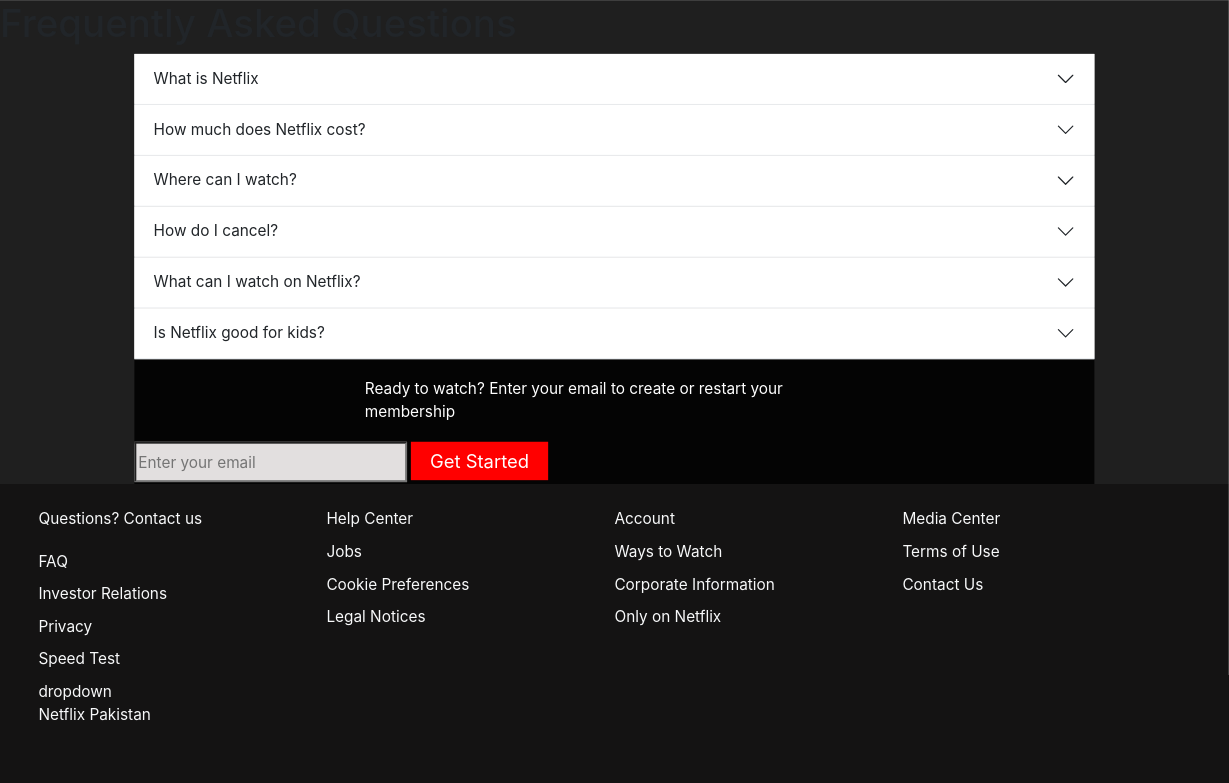
Repository: WajihaGul/Netflix-Clone
Page: /
These files come from the project's save history. The page is drawn as it stood at one moment and after the next save; the edit follows.
The browser window is 1280 px wide. The pictures show the part of the page from y = 621 to 1614 px (the page is 1437 px tall before and 1614 px after), at 96% of full size.
The project was rebuilt for these pictures with package versions that can differ from the ones it lists, and the page was loaded fresh each time. Also part of the build but not shown: src/App.css.

Above is the page before, as saved 2024-05-24 16:19:04.

### public/index.html
<!DOCTYPE html>
<html lang="en">
  <head>
    <meta charset="utf-8" />
    <link rel="icon" href="https://encrypted-tbn0.gstatic.com/images?q=tbn:ANd9GcSJd82jZdXs8Uj9CX3mJFuRF27MZB7q_34xAg&s" />
    <meta name="viewport" content="width=device-width, initial-scale=1" />
    <meta name="theme-color" content="#000000" />
    <meta
      name="description"
      content="Web site created using create-react-app"
    />
    <link rel="apple-touch-icon" href="%PUBLIC_URL%/logo192.png" />
    <!--
      manifest.json provides metadata used when your web app is installed on a
      user's mobile device or desktop. See https://developers.google.com/web/fundamentals/web-app-manifest/
    -->
    <link rel="manifest" href="%PUBLIC_URL%/manifest.json" />
    <!--
      Notice the use of %PUBLIC_URL% in the tags above.
      It will be replaced with the URL of the `public` folder during the build.
      Only files inside the `public` folder can be referenced from the HTML.

      Unlike "/favicon.ico" or "favicon.ico", "%PUBLIC_URL%/favicon.ico" will
      work correctly both with client-side routing and a non-root public URL.
      Learn how to configure a non-root public URL by running `npm run build`.
    -->
    <title>Netflix- Watch TV Shows Online, Watch Movies Online</title>
  </head>
  <body>
    <noscript>You need to enable JavaScript to run this app.</noscript>
    <div id="root"></div>
    <!--
      This HTML file is a template.
      If you open it directly in the browser, you will see an empty page.

      You can add webfonts, meta tags, or analytics to this file.
      The build step will place the bundled scripts into the <body> tag.

      To begin the development, run `npm start` or `yarn start`.
      To create a production bundle, use `npm run build` or `yarn build`.
    -->
  </body>
</html>

### src/index.js
import "bootstrap/dist/css/bootstrap.min.css";
import React from "react";
import ReactDOM from "react-dom/client";
import "./index.css";
import App from "./App";
import reportWebVitals from "./reportWebVitals";

const root = ReactDOM.createRoot(document.getElementById("root"));
root.render(
  <React.StrictMode>
    <App />
  </React.StrictMode>
);

// If you want to start measuring performance in your app, pass a function
// to log results (for example: reportWebVitals(console.log))
// or send to an analytics endpoint. Learn more: https://bit.ly/CRA-vitals
reportWebVitals();

### src/App.js
import "./App.css";
import Footer from "./Components/Footer/Footer";
import FAQs from "./Components/FAQs/FAQs";
import SignupHere from "./Components/SignupHere/SignupHere";

function App() {
  return (
    <>
      <SignupHere />
      <FAQs />
      <Footer />
    </>
  );
}

export default App;

### src/Components/Footer/Footer.jsx
import React from "react";
import styles from "./Footer.module.css";
const Footer = () => {
  return (
    <>
      <footer className={`bg-dark text-light py-4 ${styles.mainclass}`}>
        <div className={styles.container}>
          <div className="row">
            <div className={styles.FooterHere}>
              <div className="col-lg-12">
                <p>Questions? Contact us </p>
                <ul>
                  <li>FAQ</li>
                  <li>Investor Relations</li>
                  <li>Privacy</li>
                  <li>Speed Test</li>
                  dropdown
                  <li>Netflix Pakistan</li>
                </ul>
              </div>

              <div className="col-lg-12">
                <ul>
                  <li>Help Center</li>
                  <li>Jobs</li>
                  <li>Cookie Preferences</li>
                  <li>Legal Notices</li>
                </ul>
              </div>

              <div className="col-lg-12 ">
                <ul>
                  <li>Account</li>
                  <li>Ways to Watch</li>
                  <li>Corporate Information</li>
                  <li>Only on Netflix</li>
                </ul>
              </div>

              <div className="col-lg-12 ">
                <ul>
                  <li>Media Center</li>
                  <li>Terms of Use</li>
                  <li>Contact Us</li>
                </ul>
              </div>
            </div>
          </div>
        </div>
      </footer>
    </>
  );
};

export default Footer;

### src/Components/FAQs/FAQs.jsx
import "bootstrap/dist/js/bootstrap.bundle.min.js"; // Import Bootstrap JavaScript
import React from "react";
import styles from "./FAQs.module.css";
const FAQs = () => {
  return (
    <>
      <div className={styles.parentdiv}>
        <h1 className={styles.faqh1}>Frequently Asked Questions</h1>
        <div
          className={`accordion accordion-flush id="accordionFlushExample"  ${styles.container}`}
        >
          <div className="accordion-item">
            <h2 className="accordion-header">
              <button
                className="accordion-button collapsed"
                type="button"
                data-bs-toggle="collapse"
                data-bs-target="#flush-collapseOne"
                aria-expanded="false"
                aria-controls="flush-collapseOne"
              >
                What is Netflix
              </button>
            </h2>
            <div
              id="flush-collapseOne"
              className="accordion-collapse collapse"
              data-bs-parent="#accordionFlushExample"
            >
              <div className="accordion-body">
                Netflix is a streaming service that offers a wide variety of
                award-winning TV shows, movies, anime, documentaries, and more
                on thousands of internet-connected devices. You can watch as
                much as you want, whenever you want without a single commercial
                – all for one low monthly price. There's always something new to
                discover and new TV shows and movies are added every week!
              </div>
            </div>
          </div>
          <div className="accordion-item">
            <h2 className="accordion-header">
              <button
                className="accordion-button collapsed"
                type="button"
                data-bs-toggle="collapse"
                data-bs-target="#flush-collapseTwo"
                aria-expanded="false"
                aria-controls="flush-collapseTwo"
              >
                How much does Netflix cost?
              </button>
            </h2>
            <div
              id="flush-collapseTwo"
              className="accordion-collapse collapse"
              data-bs-parent="#accordionFlushExample"
            >
              <div className="accordion-body">
                Watch Netflix on your smartphone, tablet, Smart TV, laptop, or
                streaming device, all for one fixed monthly fee. Plans range
                from Rs 250 to Rs 1,100 a month. No extra costs, no contracts.
              </div>
            </div>
          </div>
          <div className="accordion-item">
            <h2 className="accordion-header">
              <button
                className="accordion-button collapsed"
                type="button"
                data-bs-toggle="collapse"
                data-bs-target="#flush-collapseThree"
                aria-expanded="false"
                aria-controls="flush-collapseThree"
              >
                Where can I watch?
              </button>
            </h2>
            <div
              id="flush-collapseThree"
              className="accordion-collapse collapse"
              data-bs-parent="#accordionFlushExample"
            >
              <div className="accordion-body">
                Watch anywhere, anytime. Sign in with your Netflix account to
                watch instantly on the web at netflix.com from your personal
                computer or on any internet-connected device that offers the
                Netflix app, including smart TVs, smartphones, tablets,
                streaming media players and game consoles. You can also download
                your favorite shows with the iOS, Android, or Windows 10 app.
                Use downloads to watch while you're on the go and without an
                internet connection. Take Netflix with you anywhere.
              </div>
            </div>
          </div>
          <div className="accordion-item">
            <h2 className="accordion-header">
              <button
                className="accordion-button collapsed"
                type="button"
                data-bs-toggle="collapse"
                data-bs-target="#flush-collapseOne"
                aria-expanded="false"
                aria-controls="flush-collapseOne"
              >
                How do I cancel?
              </button>
            </h2>
            <div
              id="flush-collapseOne"
              className="accordion-collapse collapse"
              data-bs-parent="#accordionFlushExample"
            >
              <div className="accordion-body">
                Netflix is flexible. There are no pesky contracts and no
                commitments. You can easily cancel your account online in two
                clicks. There are no cancellation fees – start or stop your
                account anytime.
              </div>
            </div>
          </div>
          <div className="accordion-item">
            <h2 className="accordion-header">
              <button
                className="accordion-button collapsed"
                type="button"
                data-bs-toggle="collapse"
                data-bs-target="#flush-collapseTwo"
                aria-expanded="false"
                aria-controls="flush-collapseTwo"
              >
                What can I watch on Netflix?
              </button>
            </h2>
            <div
              id="flush-collapseTwo"
              className="accordion-collapse collapse"
              data-bs-parent="#accordionFlushExample"
            >
              <div className="accordion-body">
                Netflix has an extensive library of feature films,
                documentaries, TV shows, anime, award-winning Netflix originals,
                and more. Watch as much as you want, anytime you want.
              </div>
            </div>
          </div>
          <div className="accordion-item">
            <h2 className="accordion-header">
              <button
                className="accordion-button collapsed"
                type="button"
                data-bs-toggle="collapse"
                data-bs-target="#flush-collapseThree"
                aria-expanded="false"
                aria-controls="flush-collapseThree"
              >
                Is Netflix good for kids?
              </button>
            </h2>
            <div
              id="flush-collapseThree"
              className="accordion-collapse collapse"
              data-bs-parent="#accordionFlushExample"
            >
              <div className="accordion-body">
                The Netflix Kids experience is included in your membership to
                give parents control while kids enjoy family-friendly TV shows
                and movies in their own space. Kids profiles come with
                PIN-protected parental controls that let you restrict the
                maturity rating of content kids can watch and block specific
                titles you don’t want kids to see.
              </div>
            </div>
          </div>

          <p className={styles.SignupText}>
            Ready to watch? Enter your email to create or restart your
            membership
          </p>
          <div className={styles.signupwithbtntn}>
            <input
              className={styles.SignupForm}
              type="email"
              id="email"
              name="email"
              placeholder="Enter your email"
              required
            />
            <button className={styles.SignUpBtn}>Get Started</button>
          </div>
        </div>
      </div>
    </>
  );
};
export default FAQs;

### src/Components/SignupHere/SignupHere.jsx
import styles from "./SignupHere.module.css";

const SignupHere = () => {
  return (
    <>
      <div className={styles.imgContainer}>
        <div className={`expand-lg bg-body-tertiary ${styles.navcontainer} `}>
          <h1>NETFLIX</h1>
          className={`expand-lg bg-body-tertiary ${styles.navcontainer} `}
          <div className="container-fluid">
            <a className={styles.brand} href="#">
              <span className={styles.navstyle}>NETFLIX</span>
            </a>

            <button className={styles.navbtn} type="submit">
              Sign in
            </button>
          </div>
          <div className={styles.SignupTextDiv}>
            <h1 className={styles.SignupText}>
              Unlimited movies, TV shows, and more
            </h1>
            <p className={styles.SignupText}>Watch anywhere. Cancel anytime.</p>
            <p className={styles.SignupText}>
              Ready to watch? Enter your email to create or restart your
              membership
            </p>
            <div>
              <input
                className={styles.SignupForm}
                type="email"
                id="email"
                name="email"
                placeholder="Enter your email"
                required
              />
              <button className={styles.SignUpBtn}>Get Started</button>
            </div>
          </div>
        </div>
      </div>
    </>
  );
};

export default SignupHere;

### src/Components/Footer/Footer.module.css
.mainclass{
    background-color: #141313 !important;
}
.container {
    max-width: 1200px;
    margin: 0 auto;

  }

  .FooterHere {
    display: flex;
    flex-wrap: wrap;
    justify-content: space-between;
  }

  .FooterHere > div {
    flex: 1;
    min-width: 200px;
    margin-bottom: 20px;
  }

  ul {
    list-style: none;
    padding: 0;
  }

  ul li {
    margin-bottom: 10px;
    cursor: pointer;
  }

  ul li:hover {
    text-decoration: underline;
  }

  footer p {
    margin-bottom: 20px;
  }

  @media (max-width: 768px) {
    .FooterHere {
      flex-direction: column;
      align-items: flex-start;
    }

    .FooterHere > div {
      min-width: 100%;
    }
  }

### src/Components/FAQs/FAQs.module.css
.parentdiv{
   background:#000000e0;
}
.container{
   width:1000px;
   margin: 0 auto;
   background:#000000e0;
}
/* .accordion-button {
   background-color: #495057; /* Darker gray for accordion headers */
   color: white; /* Text color */


 /* Customize accordion body
 .accordion-body {
   background-color: #343a40; /* Dark gray background for accordion body */
   color: white; /* Text color */


.faqh1{
   color:white;
   font-size: 3rem;
   font-weight: 900;
   padding-left: 524px;
   padding-right: 524px;
   padding-bottom: 20px;
   padding-top: 32px;
}
.SignUpBtn{
   background: red;
   color: white;
   height: 40px;
   width: 143px;
   margin: 4px;
   /* border-radius: 7px; */
   border: none;
   font-size: larger;
}

.SignupText{
   color: white;
   padding-left: 240px;
    padding-right: 240px;
    padding-top: 18px;

}

.SignupForm{
   width: 284px;
   height: 42px;
   background: #e2dfdf;
   align-items:center;
   justify-content: center;
}
.signupwithbtn{
   /* display: flex;
   flex-direction: row;
   align-items: center;
   justify-content: center */
        display: flex;
      flex-direction: column;
      align-items: center; /* Center horizontally */
}

### src/Components/SignupHere/SignupHere.module.css
.imgContainer{
    margin-top: -79px;
    height: 700px;
    width: 100%;
    background-image: url(https://assets.nflxext.com/ffe/siteui/vlv3/a99688ca-33c3-4099-9baa-07a2e2acb398/0279102c-4f3f-4ed2-a283-cce57434d595/PK-en-20240520-popsignuptwoweeks-perspective_alpha_website_large.jpg);
}


.navbtn {
    background: #e61c1c;
    color: white;
    /* padding: 4px 17px; */
    border-radius: 7px;
    border: none;
    font-size: medium;
    font-family: emoji;
    margin-left: 343px;
    margin-right: 343px;
    padding-top: 4px;
    padding-bottom: 4px;
    height: 32px;
    width: 71px;
    margin-top: 2px;
    margin-bottom: 2px;
}

.navstyle{
    color: red;
    font-size: xx-large;
    font-family: emoji;
    padding-left: 343px;
    padding-right: 343px;
    padding-top: 10px;
    padding-bottom: 10px;
}

.navcontainer{
    background-color: transparent !important;
}
.SignupText{
    color: white;
    align-items: center;
    justify-content: center;
    display: flex;
    flex-direction: column;
}
.SignupTextDiv{
    color: white;
    align-items: center;
    justify-content: center;
    display: flex;
    flex-direction: column;
    margin-top: 170px;
}
.SignupForm{
    width: 284px;
    height: 42px;
    background: #e2dfdf;
}
.SignUpBtn{
    background: red;
    color: white;
    height: 40px;
    width: 143px;
    margin: 4px;
    /* border-radius: 7px; */
    border: none;
    font-size: larger;
}

Loaded but not shown: src/index.css (common file); src/reportWebVitals.js (common file)

After the next save:
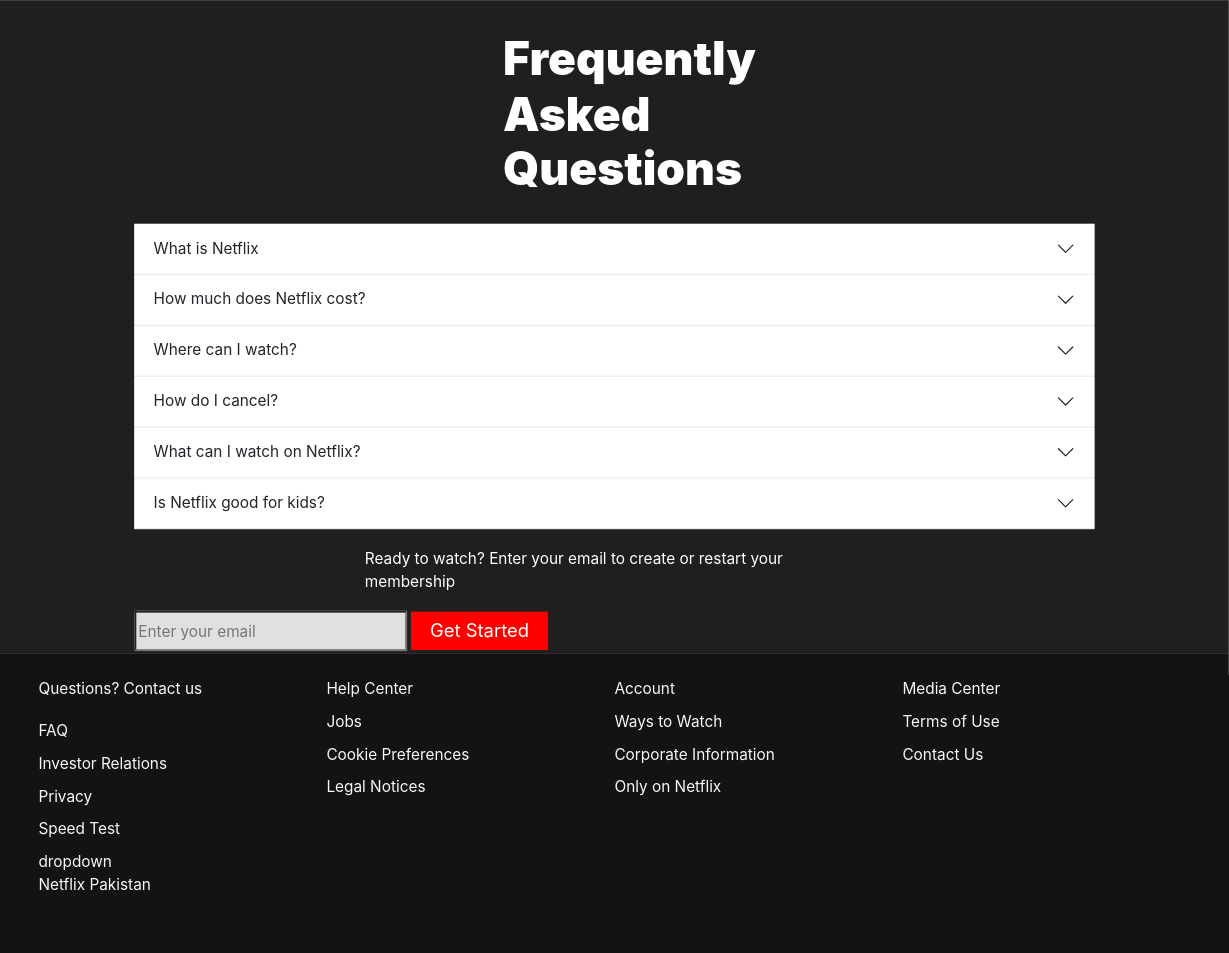
Saved 2 min 8 s later.
--- a/src/Components/FAQs/FAQs.module.css
+++ b/src/Components/FAQs/FAQs.module.css
@@ -4,17 +4,9 @@
 .container{
    width:1000px;
    margin: 0 auto;
-   background:#000000e0;
+
 }
-/* .accordion-button {
-   background-color: #495057; /* Darker gray for accordion headers */
-   color: white; /* Text color */
 
-
- /* Customize accordion body
- .accordion-body {
-   background-color: #343a40; /* Dark gray background for accordion body */
-   color: white; /* Text color */
 
 
 .faqh1{
